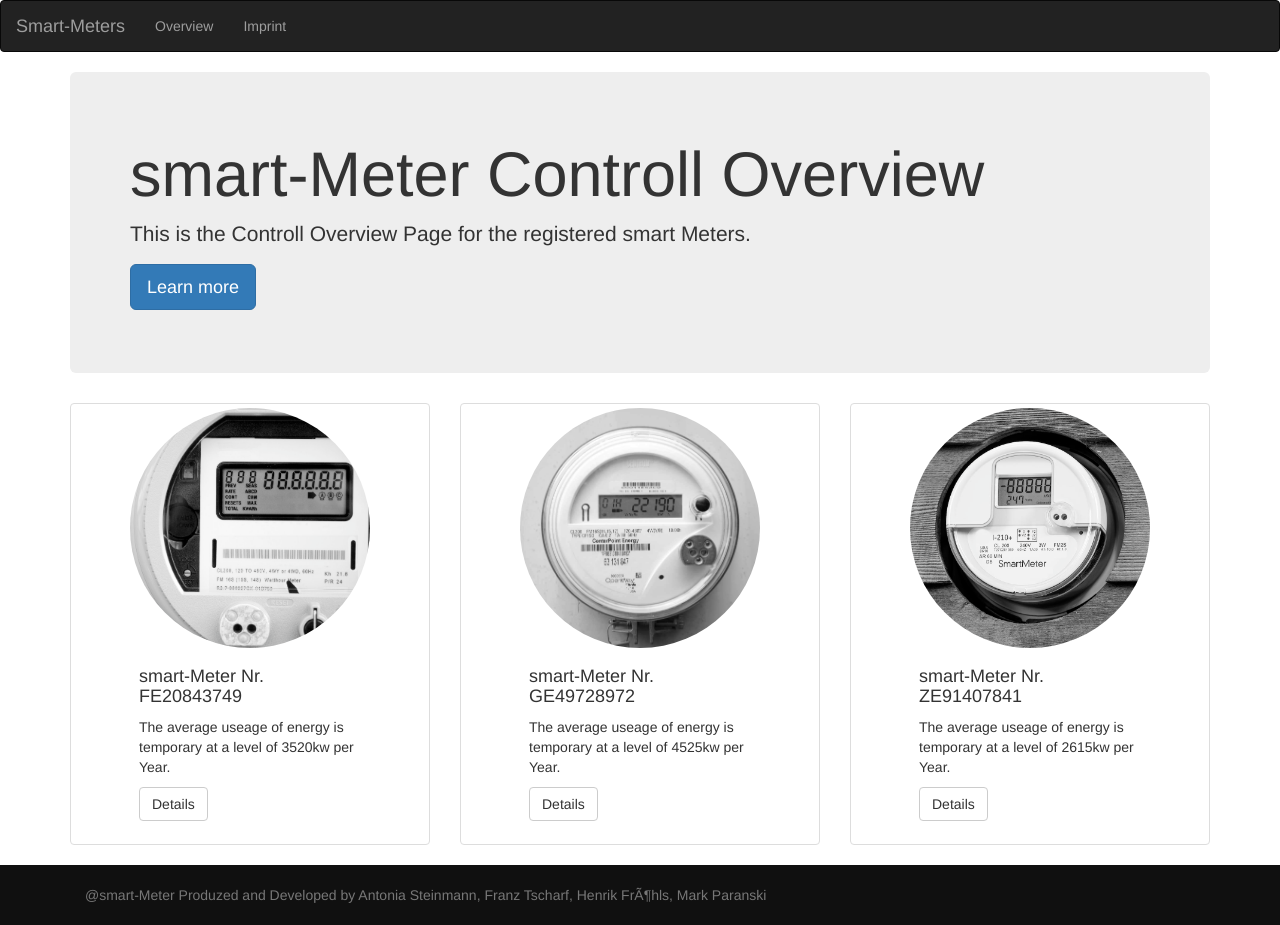
Repository: FredTacker/AwsSys_Assigment_02
Page: http://localhost/SmartMeterManagementWeb/content/pages/overview.jsp
These files come from the project's save history. The page is drawn as it stood at one moment and after the next save; the edit follows.
The browser window is 1280 px wide. The pictures show the whole page.
The page is served by Tomcat 9. Nobody is signed in. The application's start-up code is not run. Other server files are loaded and not shown.

Above is the page before, as saved 2017-06-11 00:13:00.

### SmartMeterManagementWeb/WebContent/content/pages/overview.jsp
<!DOCTYPE html>
<html lang="de">
    <head>
			<%@ include file="./../includes/header.jsp" %>
    </head>
    <body>

			<%@ include file="./../includes/navigation.jsp" %>


        <div class="container">
            <div class="jumbotron">
                <h1>smart-Meter Controll Overview</h1>
                <p>This is the Controll Overview Page for the registered smart Meters.</p>
                <p><a class="btn btn-primary btn-lg" href="imprint.html" role="button">Learn more</a></p>
            </div>


            <div class="row">
                <div class="col-md-4">
                    <div class="thumbnail">
                        <div name="center" style="display: table;margin: 0 auto;width: 50%;">
                            <div><img style="border-radius: 50%;width: 240px;height: 240px;"src="./media/smartmeter.png" alt="smart-Meter Avatar"/></div>
                            <div class="caption" style="display: table;margin: 0 auto;">
                                <h4>smart-Meter Nr. FE20843749</h4>
                                <p>The average useage of energy is temporary at a level of 3520kw per Year.</p>
                                <p><a href="content/smart-meter_01.html" class="btn btn-default" role="button">Details</a></p>
                            </div>
                        </div>
                    </div>
                </div>
                <div class="col-md-4">
                    <div class="thumbnail">
                        <div name="center" style="display: table;margin: 0 auto;width: 50%;">
                            <div><img style="border-radius: 50%;width: 240px;height: 240px;"src="./media/smartmeter2.png" alt="smart-Meter Avatar"/></div>
                            <div class="caption" style="display: table;margin: 0 auto;">
                                <h4>smart-Meter Nr. GE49728972</h4>
                                <p>The average useage of energy is temporary at a level of 4525kw per Year.</p>
                                <p><a href="content/smart-meter_02.html" class="btn btn-default" role="button">Details</a></p>
                            </div>
                        </div>
                    </div>
                </div>
                <div class="col-md-4">
                    <div class="thumbnail">
                        <div name="center" style="display: table;margin: 0 auto;width: 50%;">
                            <div><img style="border-radius: 50%;width: 240px;height: 240px;"src="./media/smartmeter3.png" alt="smart-Meter Avatar"/></div>
                            <div class="caption" style="display: table;margin: 0 auto;">
                                <h4>smart-Meter Nr. ZE91407841</h4>
                                <p>The average useage of energy is temporary at a level of 2615kw per Year.</p>
                                <p><a href="content/smart-meter_03.html" class="btn btn-default" role="button">Details</a></p>
                            </div>
                        </div>
                    </div>
                </div>

            </div>


        </div>



        <footer class="footer">
            <div class="container">
                <div class="container_footer">
                    <p class="text-muted_footer">@smart-Meter Produzed and Developed by
                        Antonia Steinmann, Franz Tscharf, Henrik Fröhls, Mark Paranski</p>
                </div>
            </div>
        </footer>


        <%@ include file="./../includes/script.jsp" %>

    </body>
</html>

### SmartMeterManagementWeb/WebContent/content/includes/header.jsp
 <head>
        <meta charset="utf-8">
        <meta http-equiv="X-UA-Compatible" content="IE=edge">
        <meta name="viewport" content="width=device-width, initial-scale=1">
        <title>smart-Meters</title>
        <!-- Bootstrap -->
        <link rel="stylesheet" href="./../../bootstrap/css/bootstrap.min.css">
        <!-- circle Bootstrap library -->
        <link rel="stylesheet" href="./../../css/circle.css">
        <!-- custom Bootstrap footer -->
        <link rel="stylesheet" href="./../../css/footer.css">
 </head>

### SmartMeterManagementWeb/WebContent/content/includes/navigation.jsp
        <nav class="navbar navbar-inverse">
            <div class="container-fluid">
                <div class="navbar-header">
                    <button type="button" class="navbar-toggle collapsed" data-toggle="collapse"
                    data-target="#bs-example-navbar-collapse-1" aria-expanded="false">
                        <span class="sr-only">Toggle navigation</span>
                        <span class="icon-bar"></span>
                        <span class="icon-bar"></span>
                        <span class="icon-bar"></span>
                    </button>
                    <a class="navbar-brand" href="./../pages/overview.jsp">Smart-Meters</a>
                </div>

                <div class="collapse navbar-collapse" id="bs-example-navbar-collapse-1">
                    <ul class="nav navbar-nav">
                        <li><a href="./../pages/overview.jsp">Overview</a></li>
                        <li><a href="./../imprint.html">Imprint</a></li>
                    </ul>


                </div><!-- /.navbar-collapse -->
            </div><!-- /.container-fluid -->
        </nav>

### SmartMeterManagementWeb/WebContent/content/includes/script.jsp
    <script src="./../../js/script.js"></script>
    <script src="./../../bootstrap/js/jquery.min.js"></script>
    <script src="./../../bootstrap/js/bootstrap.min.js"></script>

### SmartMeterManagementWeb/WebContent/css/footer.css
/*!
 * Bootstrap footer

*/


html {
  position: relative;
  min-height: 100%;
}
body {
  /* Margin bottom by footer height */
  margin-bottom: 60px;
}
.footer {
  position: absolute;
  bottom: 0;
  width: 100%;
  /* Set the fixed height of the footer here */
  height: 60px;
  background-color: #101010;
}

.container_footer {
  width: auto;
  max-width: 1000px;
  padding: 0 15px;
}
.text-muted_footer {
  margin: 20px 0;
  color: #777;
}

### SmartMeterManagementWeb/WebContent/content/includes/footer.jsp
        <footer class="footer">
            <div class="container">
                <div class="container_footer">
                    <p class="text-muted_footer">@smart-Meter Produzed and Developed by
                    FT, AS, HF, MP.</p>
                </div>
            </div>
        </footer>

Loaded but not shown: SmartMeterManagementWeb/WebContent/bootstrap/css/bootstrap.min.css (library); SmartMeterManagementWeb/WebContent/bootstrap/js/jquery.min.js (library); SmartMeterManagementWeb/WebContent/bootstrap/js/bootstrap.min.js (library); SmartMeterManagementWeb/WebContent/js/script.js (84 lines, source omitted); SmartMeterManagementWeb/WebContent/css/circle.css (1065 lines, source omitted)

After the next save:
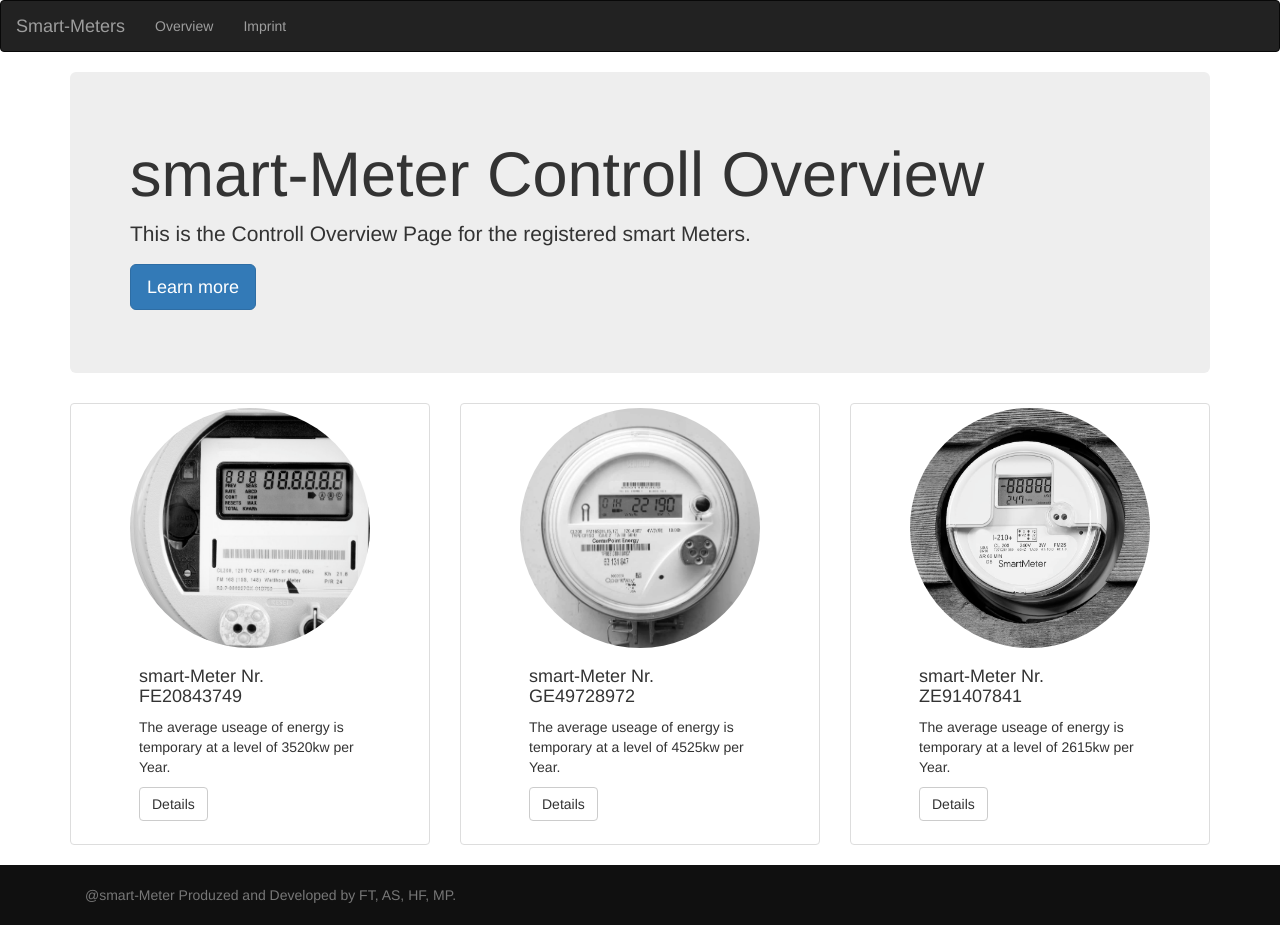
Saved 20 s later.
--- a/SmartMeterManagementWeb/WebContent/content/pages/overview.jsp
+++ b/SmartMeterManagementWeb/WebContent/content/pages/overview.jsp
@@ -59,17 +59,7 @@
 
         </div>
 
-
-
-        <footer class="footer">
-            <div class="container">
-                <div class="container_footer">
-                    <p class="text-muted_footer">@smart-Meter Produzed and Developed by
-                        Antonia Steinmann, Franz Tscharf, Henrik Fröhls, Mark Paranski</p>
-                </div>
-            </div>
-        </footer>
-
+		<%@ include file="./../includes/footer.jsp" %>
 
         <%@ include file="./../includes/script.jsp" %>
 
